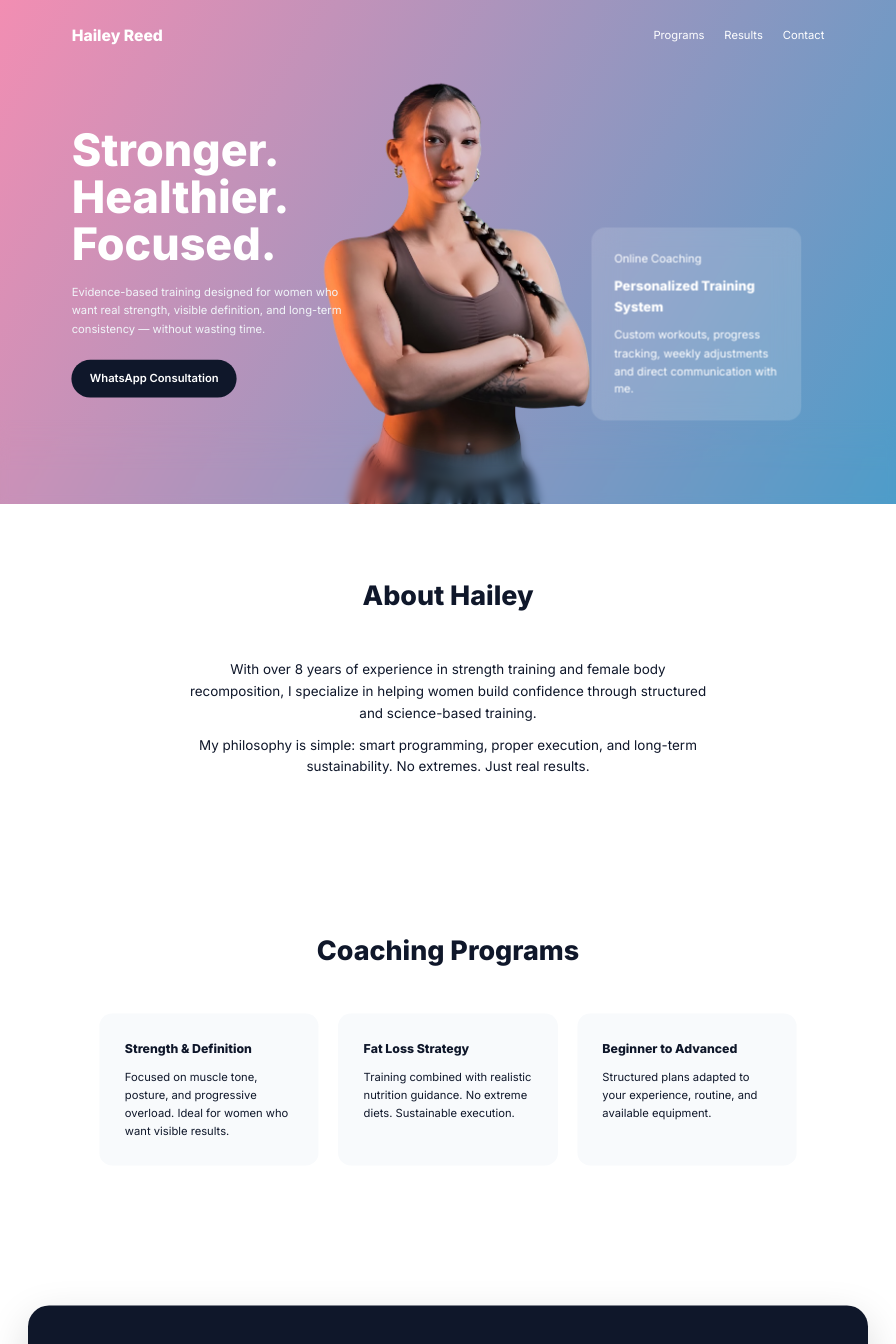
Repository: davidfsillva/Hailey-Reed-Coaching
Page: index.html
The author's editor kept a copy of each file at every save. The page is drawn from the files as they stood at one save, then again after the next save.
The browser window is 1280 px wide. The pictures show the part of the page from y = 0 to 1920 px (the page is 5221 px tall before and 5225 px after), at 70% of full size.

Above is the page before, as saved 2026-02-11 18:19:48.

After the next save:
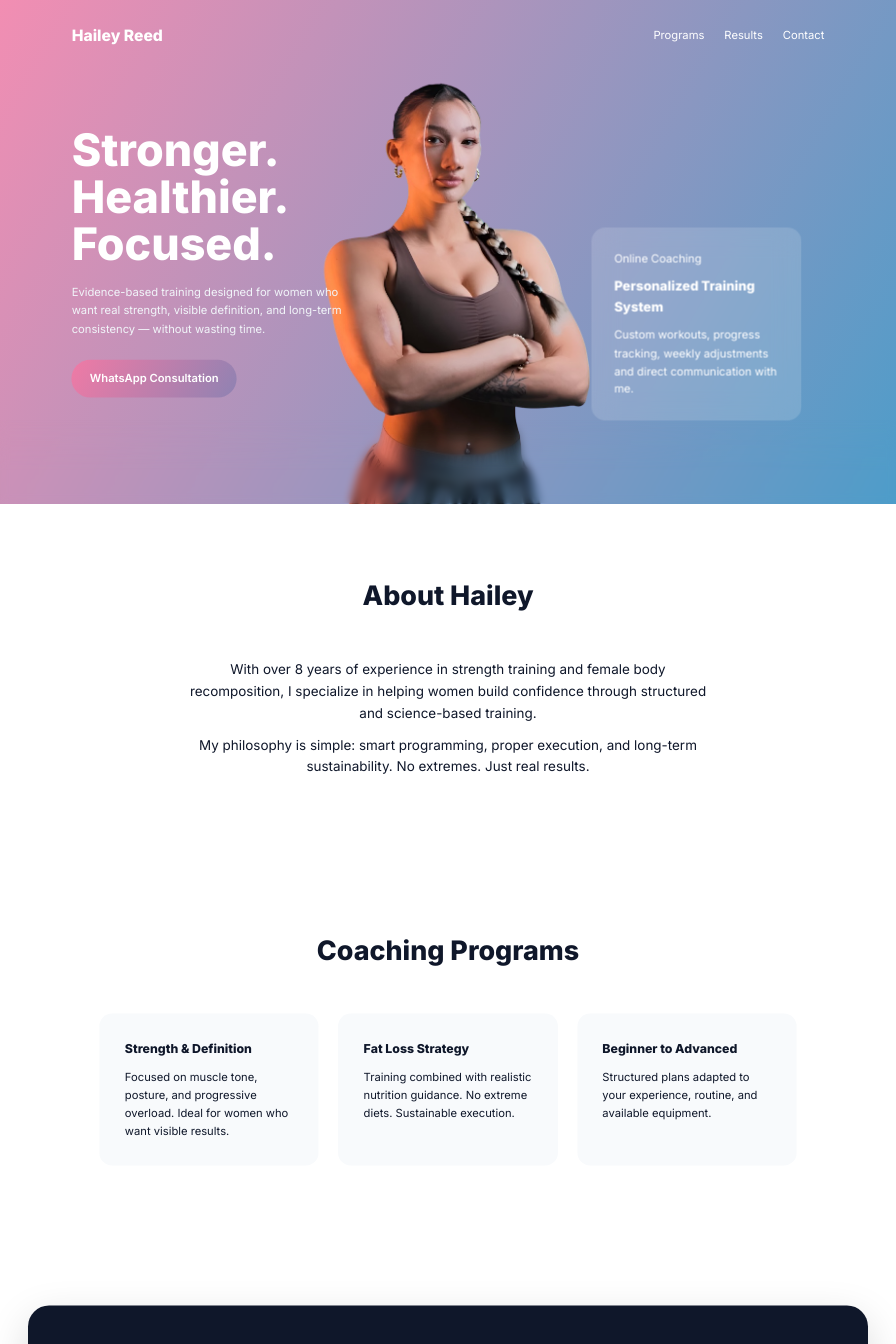
Saved 50 s later.
--- a/style.css
+++ b/style.css
@@ -113,14 +113,31 @@ body {
 }
 
 .btn.primary {
+  background: linear-gradient(120deg, var(--pink), var(--blue));
+  color: white;
+  background-size: 200% 200%;
+  transition: all 0.4s ease;
+}
+
+.btn.primary:hover {
+  background-position: right center;
+  transform: translateY(-4px);
+  box-shadow: 0 10px 25px rgba(240,122,165,0.3);
+}
+
+.btn.secondary {
+  background: transparent;
+  color: var(--dark);
+  border: 2px solid var(--dark);
+  transition: all 0.3s ease;
+}
+
+.btn.secondary:hover {
   background: var(--dark);
   color: white;
-}
-
-.btn.secondary {
-  background: var(--dark);
-  color: white;
-}
+  transform: translateY(-3px);
+}
+
 
 /* ================= HERO CARD ================= */
 .hero-card {
